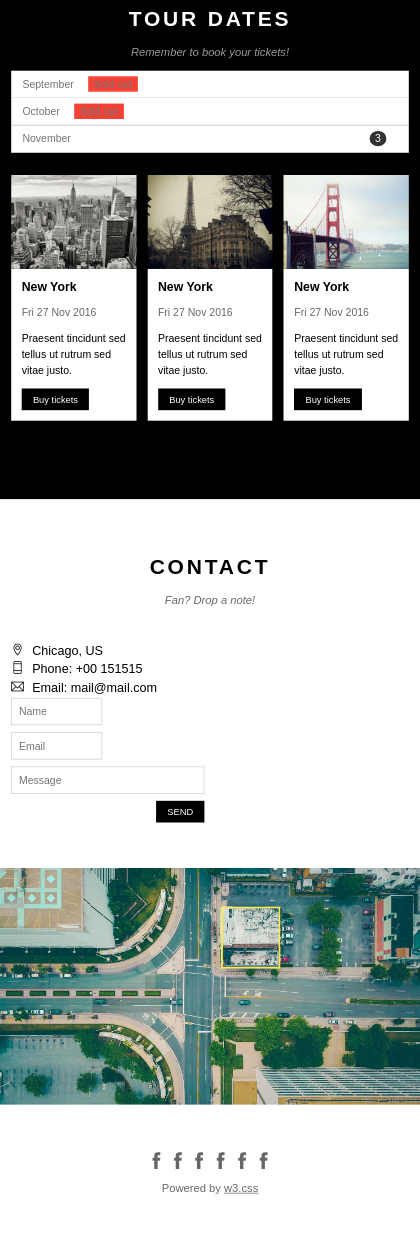
Repository: Bakyproit/the-Band
Page: index.html
These files come from the project's save history. The page is drawn as it stood at one moment and after a run of saves; the edit follows.
The browser window is 600 px wide. The pictures show the part of the page from y = 2220 to 4460 px (the page is 4006 px tall before and 5482 px after), at 70% of full size.

Above is the page before, as saved 2022-01-03 23:19:15.

### index.html
<!DOCTYPE html>
<html lang="en">
<head>
    <meta charset="UTF-8">
    <meta http-equiv="X-UA-Compatible" content="IE=edge">
    <meta name="viewport" content="width=device-width, initial-scale=1.0">
    <link rel="stylesheet" href="./assets/fonts/themify-icons/themify-icons.css">
    <link rel="stylesheet" href="./assets/css/style.css">
    <link rel="stylesheet" href="./assets/css/reponsive.css">
    <title>The-Band</title>
</head>
<body>

    <div id="main">
        <!-- begin header   -->
        <div id="header">
            <!-- Begin : Nav -->
            <ul id="nav">
                <li>
                    <a href="#">Home</a>
                </li>
                <li><a href="#band">Band</a></li>
                <li><a href="#tour">Tour</a></li>
                <li><a href="#contact">Contact</a></li>
                <li>
                    <a href="#">
                        More
                        <i class="nav-arrow-down ti-angle-down"></i>

                    </a>
                    <ul class="subnav">
                        <li><a href="#">Merchandise</a></li>
                        <li><a href="#">Extras</a></li>
                        <li><a href="#">Media</a></li>
                    </ul>
                </li>
            </ul>
            <!-- End : Nav -->
            <!-- Begin : Search button -->
            <div class="search-btn">
                <i class="search-icon ti-search"></i>
            </div>
            <div class="mobile-menu-btn" id='mobile-menu'>
                <i class="menu-icon ti-menu"></i>
            </div>
            <!-- End : Search button-->


        </div>
        <!-- end header     -->
        <!-- Begin slider== -->
        <div id="slider">
            <div class="text-content">
                <h2 class="text-heading">Chicago</h2>
                <div class="text-description">Thank you, Chicago - A night we won't forget</div>
            </div>

        </div>
        <!-- End slider    -->
        <!-- Begin content -->
        <div id="content">
        <!-- The- band -->
            <div id ="band" class="content-section">
                <h2 class="section-heading">THE BAND</h2>
                <p class="section-sub-heading">We love music</p>
                <p class="about-text">We have created a fictional band website. Lorem ipsum dolor sit amet, consectetur adipiscing elit, sed do eiusmod tempor incididunt ut labore et dolore magna aliqua. Ut enim ad minim veniam, quis nostrud exercitation ullamco laboris nisi ut aliquip ex ea commodo consequat. Duis aute irure dolor in reprehenderit in voluptate velit esse cillum dolore eu fugiat nulla pariatur. Excepteur sint occaecat cupidatat non proident, sunt in culpa qui officia deserunt mollit anim id est laborum consectetur adipiscing elit, sed do eiusmod tempor incididunt ut labore et dolore magna aliqua. Ut enim ad minim veniam, quis nostrud exercitation ullamco laboris nisi ut aliquip ex ea commodo consequat.</p>
                <div class="member-list">
                    <div class="col-third member-item">
                        <p class="member-name">Name</p>
                        <img src="/assets/img/bandmember.jpg" alt="" class="member-img">
                    </div>
                    <div class="col-third member-item">
                        <p class="member-name">Name</p>
                        <img src="/assets/img/bandmember.jpg" alt="" class="member-img">
                    </div>
                    <div class="col-third member-item">
                        <p class="member-name">Name</p>
                        <img src="/assets/img/bandmember.jpg" alt="" class="member-img">
                    </div>

                </div>

            </div>
        <!-- Tour -->
            <div id ="tour" class="tour-section">
                <div class="content-section ">
                    <h2 class="section-heading text-white">TOUR DATES</h2>
                    <p class="section-sub-heading text-white">Remember to book your tickets!</p>
                    <ul class="tickets-list">
                        <li>
                            September
                            <span class="sold-out">Sold out</span>
                        </li>
                        <li>
                            October
                            <span class="sold-out" >Sold out</span>
                        </li>
                        <li>
                            November
                            <span class="quantity" >3</span>
                        </li>
                    </ul>
                    <!-- places - list -->
                    <div class="places-list row">
                        <div class="places-item  col col-third">
                            <img src="/assets/img/play/play1.jpg" alt="" class="places-img">
                            <div class="places-content">
                                <h3 class="places-name">New York</h3>
                                <p class="places-time">Fri 27 Nov 2016</p>
                                <p class="places-title">Praesent tincidunt sed tellus ut rutrum sed vitae justo.</p>
                                <button  class="btn js-buy-tickets ">Buy tickets</button>
                            </div>
                        </div>
                        <div class="places-item  col col-third ">
                            <img src="/assets/img/play/play2.jpg" alt="" class="places-img">
                            <div class="places-content">
                                <h3 class="places-name">New York</h3>
                                <p class="places-time">Fri 27 Nov 2016</p>
                                <p class="places-title">Praesent tincidunt sed tellus ut rutrum sed vitae justo.</p>
                                <button  class="btn js-buy-tickets ">Buy tickets</button>
                            </div>
                        </div>
                        <div class="places-item  col col-third">
                            <img src="/assets/img/play/play3.jpg" alt="" class="places-img">
                            <div class="places-content">
                                <h3 class="places-name">New York</h3>
                                <p class="places-time">Fri 27 Nov 2016</p>
                                <p class="places-title">Praesent tincidunt sed tellus ut rutrum sed vitae justo.</p>
                                <button  class="btn js-buy-tickets ">Buy tickets</button>
                            </div>
                        </div>
                    </div>
                </div>
            </div>
        <!--    Contact -->
            <div id ="contact" class="content-section">
                <h2 class="section-heading ">CONTACT</h2>
                <p class="section-sub-heading ">Fan? Drop a note!</p>
                <!-- contact - content -->
                <div class="row contact-content">
                    <div class="col col-half contact-info">
                        <p><i class="ti-location-pin"></i>Chicago, US</p>
                        <p><i class="ti-mobile"></i>Phone: +00 151515</p>
                        <p><i class="ti-email"></i>Email: mail@mail.com</p>
                    </div>
                    <div class="col col-half contact-form">
                        <form action="">
                            <div class="row">
                                <div class="col col-half">
                                    <input type="text" name="" placeholder="Name" required id="" class="form-control">
                                </div>
                                <div class="col col-half">
                                    <input type="email" name="" placeholder="Email" required  id="" class="form-control">
                                </div>
                            </div>

                            <div class="row ">
                                <div class="col col-full">
                                    <input type="text" name="" placeholder="Message" required id="" class="form-control">
                                </div>
                            </div>
                            <input type="submit" value="SEND" class="btn pull-right">
                        </form>
                    </div>
                </div>
            </div>
        <!-- map -->
            <div class="map-section">
                <img src="./assets/img/map.jpg" alt="Map">
            </div>

        </div>
        <!-- End content -->
        <!-- Begin footer -->
        <div id="footer">
            <div class="social-list">
                <a href=""><i class="ti-facebook"></i></a>
                <a href=""><i class="ti-facebook"></i></a>
                <a href=""><i class="ti-facebook"></i></a>
                <a href=""><i class="ti-facebook"></i></a>
                <a href=""><i class="ti-facebook"></i></a>
                <a href=""><i class="ti-facebook"></i></a>
            </div>
            <p class="copy-right">Powered by <a href="">w3.css</a></p>
        </div>
        <!-- end-footer -->
        <!-- modal -->
        <div class="modal js-modal">
            <div class="modal-container js-modal-container">
                <div class="modal-close js-modal-close">
                    <i class="ti-close"></i>
                </div>
                <!-- header -->
                <header class="modal-header">
                    <i class="ti-bag"></i>
                    Tickets
                </header>
                <!-- body -->
                <div class="modal-body">
                    <label for="ticket-quantity" class="model-label">
                        <i class="ti-shopping-cart"></i>
                        Tickets, $15 per person
                    </label>
                    <input id="ticket-quantity" type="text" class="modal-input" placeholder="Howmany ?">


                    <label for="ticket-email" class="model-label">
                        <i class="ti-user"></i>
                        Send To
                    </label>
                    <input id= "ticket-email" type="text" class="modal-input" placeholder="Enter email ?">

                    <button class="buy-tickets">
                        Pay
                        <i class="ti-check"></i>
                    </button>
                </div>
                <footer class="modal-footer">
                    <p class="modal-help">Need <a href="">help?</a></p>
                </footer>
            </div>
        </div>
        <!-- end modal -->
        <!-- javascript -->
        <script>
            const buyBtns = document.querySelectorAll('.js-buy-tickets')
            const modal = document.querySelector('.js-modal')
            const modalClose = document.querySelector('.js-modal-close')
            const modalContainer =document.querySelector('.js-modal-container')
            function buyTickets(){
                modal.classList.add('open')
            }
            function hiddenBuyTickets(){
                modal.classList.remove('open')
            }


            for(const buyBtn of buyBtns){
                buyBtn.addEventListener('click' ,buyTickets )
            }
            modalClose.addEventListener('click' , hiddenBuyTickets)
            modal.addEventListener('click' , hiddenBuyTickets)
            modalContainer.addEventListener('click' , function (event){
                event.stopPropagation()
            })


            // dong mo menu
            var header = document.getElementById('header') ;
            var mobileMenu = document.getElementById('mobile-menu') ;
            var headerHeight = header.clientHeight ;
            mobileMenu.onclick= function(){
                // console.log(header.clientHeight);
                var isClosed = header.clientHeight === headerHeight ;
                if(isClosed){
                    header.style.height = 'auto' ;
                }else {
                    header.style.height = null ;
                }
            }
            //  tu dong dong khi chon menu
            var menuItems = document.querySelectorAll('#nav li a[href*="#"]') ;
            console.log(menuItems) ;
            for(var i = 0;i < menuItems.length ;i++) {
                var menuItem = menuItems[i] ;

                menuItem.onclick = function(event){
                    // kiem tra ae lien ke no
                    var isParentMenu = this.nextElementSibling &&
                            this.nextElementSibling.classList.contains('subnav') ;
                    if(isParentMenu){
                        event.preventDefault() ;
                    }else{
                        header.style.height = null ;
                    }
                }
            }

        </script>
        <!-- javascript -->
    </div>
</body>
</html>



<!-- hang row -->

### assets/css/style.css
/*
Reset css
*/
*{
    padding: 0;
    margin:  0;
    box-sizing: border-box;
}
html {
    font-family: Arial, Helvetica, sans-serif;
    scroll-behavior: smooth;
}
#main {

}
.text-white{
    color:#fff !important;
}
.btn{
    display: inline-block;
    text-decoration: none;
    padding: 8px 16px;
    color: #fff;
    background-color: #000;
    border : none  ;
}
.btn:hover{
    color: #000!important;
    background-color: #ccc!important;
    cursor: pointer;
}

.pull-right{
    float: right !important ;
}
.flex{
    display: flex;
}

.row {
    margin-left: -8px;
    margin-right: -8px;
}
.col {
    padding-left: 8px;
    padding-right: 8px;
}
.col-third{
    width: 33.33333%;
}
.col-half{
    width: 50%;
}
.col-full{
    width: 100%;
}
/* =====header===== */
#header {
    height: 46px;
    background-color: #000;
    position: fixed;
    top : 0 ;
    right: 0;
    left : 0;
    z-index: 1;
}
#nav{
    display: inline-block;
}
#nav .subnav {
    list-style-type: none;
}
/* nav */
#nav > li{
    display: inline-block;
    position: relative;
}
#nav li a{
    display: inline-block;
    color : #fff ;
    text-decoration: none;
    line-height: 46px;
    padding: 0px 24px;
    text-transform: uppercase;
}
#nav > li:hover > a,
#nav .subnav li:hover a{
    color : #000 ;
    background-color: #ccc;
}
/*     subnav */
#nav .subnav{
    display: none;
    position: absolute;
    top:100% ;
    background-color: #fff;
    /* bong do */
    box-shadow: 0 0 10px rgba(0, 0, 0,0.5) ;
    min-width: 160px;
}
#nav li:hover .subnav {
    display: block ;
}

#nav .subnav  a{
    display:  block;
    color: #000;
    padding: 0 12px;
    line-height: 38px;
}
#nav .nav-arrow-down{
    font-size: 14px;
}
.mobile-menu-btn{
    position: absolute;
    top: 0;
    right: 0;
}
.mobile-menu-btn,
#header .search-btn{
    float: right;
    padding: 0 21px;
}

#header .search-btn:hover{
    cursor: pointer;
    background-color:#f44336 ;
}
#header .mobile-menu-btn:hover {
    background-color:#ccc ;
}
#header .mobile-menu-btn:hover .menu-icon{
    color: #000;
}
#header .menu-icon ,
#header .search-icon{
    color : #fff ;
    font-size: 20px;
    line-height: 46px;
}


/* ====end header=======                 */
/*      Begin slider                     */
#slider {
    margin-top: 46px;
    padding-top:50%;
    /* luon bang 50% chieu rong */
    background: url('/assets/img/slider/slider1.jpg') top center / cover no-repeat;
    position: relative;
}
#slider .text-content{
    position: absolute;
    bottom: 48px;
    left:50%;
    color:#fff ;
    transform: translateX(-50%);
    text-align: center;

}
#slider .text-heading{
    margin:  0 0 25px 0 ;
    font-weight: 500px;
    font-size: 24px;
}
#slider .text-description{
    font-size: 15px;
}
/*    End slider                     */
/*    Begin content                  */
#content {
    color : #000 ;
}
#content .content-section{
    width: 800px;
    max-width: 100%;
    margin-left: auto;
    margin-right: auto;
    padding: 64px 16px;

}
#content .section-heading{
    margin: 10px 0;
    font-size: 30px;
    text-align: center;
    font-weight: 400px;
    letter-spacing: 4px;
    line-height: 45px;
}
#content .section-sub-heading{
    margin:15px 0 ;
    text-align: center;
    font-style: italic;
    opacity: 0.6;
    line-height: 22px;
}
/*             About                   */
#content .about-text{
    margin: 15px 0 ;
    font-size: 14px;
    text-align: justify ;
    line-height: 1.6;

}
#content .member-list{
    padding: 32px 0 ;
    display: flex;
    flex-wrap: wrap;
    text-align: center;
}

#content  .member-name{
    margin: 15px 0;
    font-size: 15px;
    line-height: 22px;
}
#content  .member-img{
    margin-bottom: 10px;
    width: 154px;
    border-radius: 4px;
}

/*                   Tour                        */
.tour-section{
    background-color: black;
    color:#fff ;
}
.tour-section .tickets-list li{
    list-style: none;
    color: #757575;
    padding: 8px 16px;
    font-size: 15px;
    line-height: 22px;
    background-color: #fff;
    border-bottom: 1px solid #ddd;
}
.tour-section  .sold-out{
    display: inline-block;
    background-color: #f44336;
    padding: 0 8px;
    margin-left:16px;
}
.tour-section .quantity{
    display: inline-block;
    padding: 0 8px;
    margin-right: 16px;
    background-color: #333;
    color:#fff ;
    border-radius: 50%;
    float: right;
}

.places-list{
    display: flex;
    flex-wrap: wrap;
    color: #000;
    font-size: 15px;
    padding: 32px 0 ;
}
.places-item{
    margin-bottom: 16px;
}

.places-img{
    width: 100%;
    display: block;
}
.places-img:hover{
    opacity: 0.6;
}
.places-content{
    padding: 15px;
    line-height: 22px;
    background-color: #fff;
}
.places-name{
}
.places-time{
    margin-top: 15px ;
    opacity: 0.6;
}
.places-title{
    margin: 15px 0 ;
    line-height: 1.5;
}




/*                  contact            */

.contact-content{
    padding-bottom: 32px  ;
    padding-top: 32px;
}
.contact-info{
    font-size: 18px;
    line-height: 1.5;
}
.contact-info i[class*="ti-"]{
    display: inline-block;
    width: 30px;

}

.contact-form .form-control{
    font-size: 15px;
    padding: 10px ;
    border : 1px solid #ccc ;
    width: 100%;
    margin-bottom: 10px;
}
/*                      Map-section                        */
.map-section img {
    width: 100%;
}


/*                      end content                 */
/*                      Begin footer                */

#footer {
    padding: 64px 16px;
    text-align: center;
}
#footer .social-list{
    font-size: 24px;

}
#footer .social-list a {
    text-decoration: none;
    color: rgba(0, 0, 0,0.6);

}
#footer .social-list a:hover{
    color: rgba(0, 0, 0,0.4);
}
#footer .copy-right{
    margin: 15px  0 ;
    color: rgba(0, 0, 0,0.6);
}
#footer .copy-right a{
    color: rgba(0, 0, 0,0.6);
}
/*                         end footer                */
/*                         modal                   */
.modal{
    position: fixed;
    top:0;
    right: 0 ;
    bottom: 0;
    left: 0;
    background: rgba(0,0,0,0.4);
    align-items: center;
    justify-content: center;
    display: none;
}
.modal.open{
    display: flex;
}
.modal-container{
    background-color: #fff;
    width: 900px;
    min-height: 300px;
    position: relative;
    animation: modalFaceIn ease .6s;
}
.modal-close {
    position: absolute;
    top: 0;
    right: 0;
    padding: 8px 16px;
    line-height: 36px;
    color:#fff ;
}
.modal-close:hover{
    color:#000 ;
    background: #ccc;
    opacity: 0.6;
}
.modal-header{
    background-color: #009688;
    height: 130px;
    font-size: 30px ;
    color:#fff ;
    display: flex;
    align-items: center;
    justify-content: center;
    padding: 32px 16px;
}
.modal-header i {
    margin-right: 20px;
}
.modal-body{
    padding: 0 16px ;
    margin-top: 15px;
}
.model-label{
    display: block;
    font-size: 15px;
    color: #000;
    padding: 2.5px 0;

}
.modal-input {
    padding: 11.5px 8px;
    border : 1px solid #ccc ;
    width: 100%;
    margin: 15px 0;
}

.buy-tickets{
    background-color: #009688;
    padding:18.5px 16px;
    margin-bottom: 16px;
    width: 100%;
    font-size: 15px;
    border :0 ;
}

.buy-tickets:hover{
    color:#000 ;
    background: #ccc;
}


.modal-footer{
    display: inline-block;
    margin: 15px 0;
    padding: 2.5px 16px ;
    font-size: 15px;
    float: right;
}
.modal-footer .modal-help{
}
.modal-footer a{
    color :#2196F3 ;
}



@keyframes modalFaceIn{

    from{
        opacity: 0;
        transform: translateY(-140px);
    }
    to{
        opacity: 1;
        transform: translateY(0);
    }
}

### assets/css/reponsive.css


/* mobile */
@media (max-width:739px) {
    /* header */
    #header {
        overflow: hidden;
    }
    #header .search-btn{
        display: none;
    }
    #nav {
        display: block;
    }
    #nav > li{
        display: block;
    }
    #nav > li:first-child{
        display: inline-block;
    }
    #nav li a {
        display: block;
    }
    #nav .subnav{
        position: inherit;
        background-color: #333;
    }
    #nav .subnav  a{
        color:#fff ;
        padding: 5px 41px;
    }
    /* content */
    #content .member-item{
        width: 100%;
        margin-top: 30px;
    }
    #content  .member-img{
        width: 60%;
    }
    /* places */
    .places-list{

    }
}

/* tablet */
@media (min-width:740px) and (max-width:1023px) {
    .mobile-menu-btn {
        display: none;
    }
}

/* PC */
@media (min-width:1024px) {
    .mobile-menu-btn {
        display: none;
    }
}

Loaded but not shown: assets/fonts/themify-icons/themify-icons.css (common file)

After the next 5 saves:
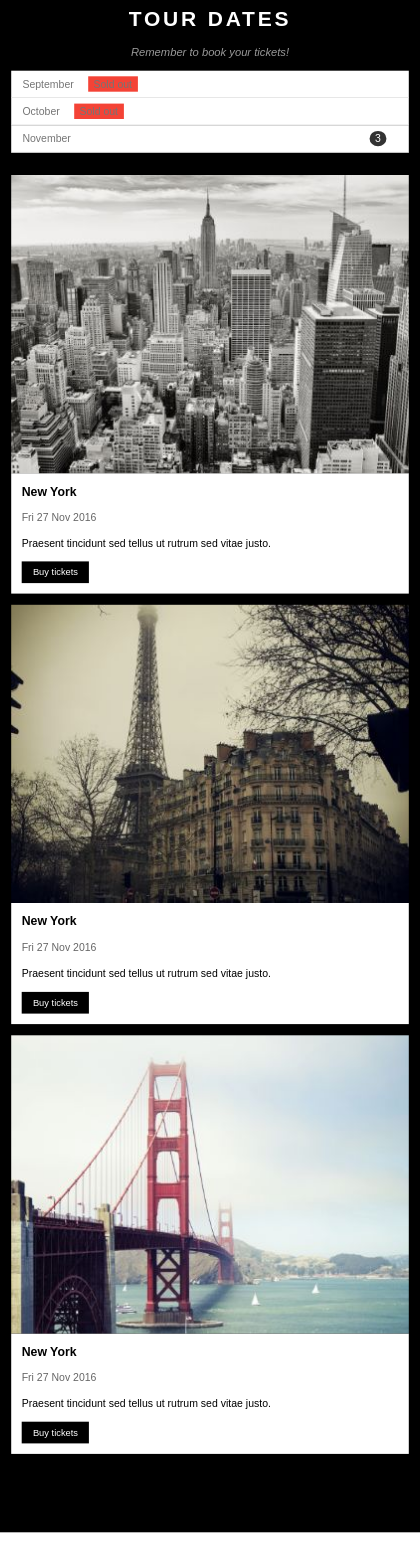
The 5 saves are shown as one change because they came seconds apart.
The last was saved 41 s later.
--- a/assets/css/reponsive.css
+++ b/assets/css/reponsive.css
@@ -38,8 +38,8 @@
         width: 60%;
     }
     /* places */
-    .places-list{
-
+    .places-list .places-item{
+        width: 100%;
     }
 }
 
